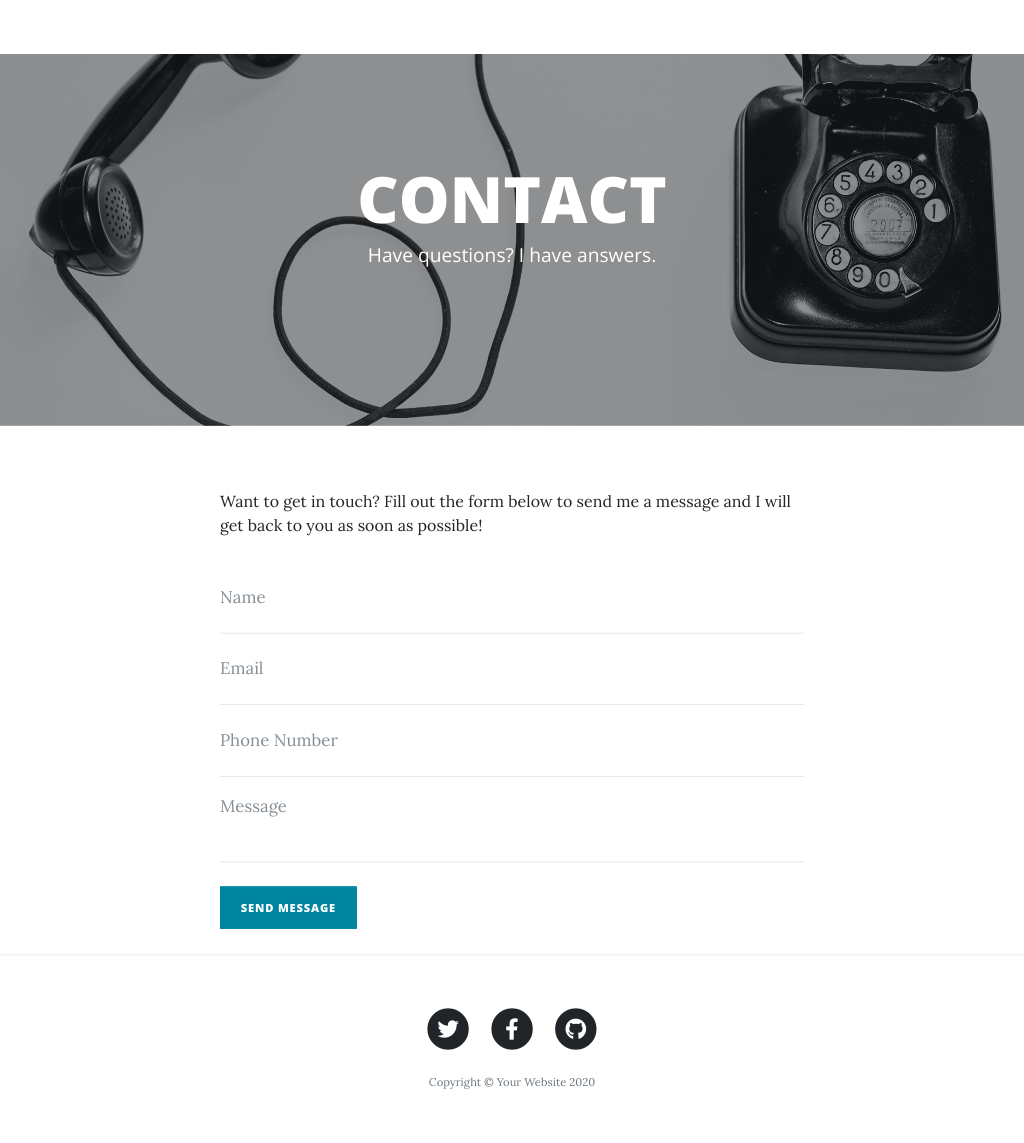
Repository: elvinyeka/elvin-blog
Page: http://localhost/contact
An editor plug-in stored every save of this project. The page is shown before and after the next save, followed by the edit.
The browser window is 1280 px wide. The pictures show the whole page, at 80% of full size.
The page is served by the project's application, run on Flask 3 (CLEANBLOG/__init__.py).

Above is the page before, as saved 2020-10-21 00:06:48.

After the next save:
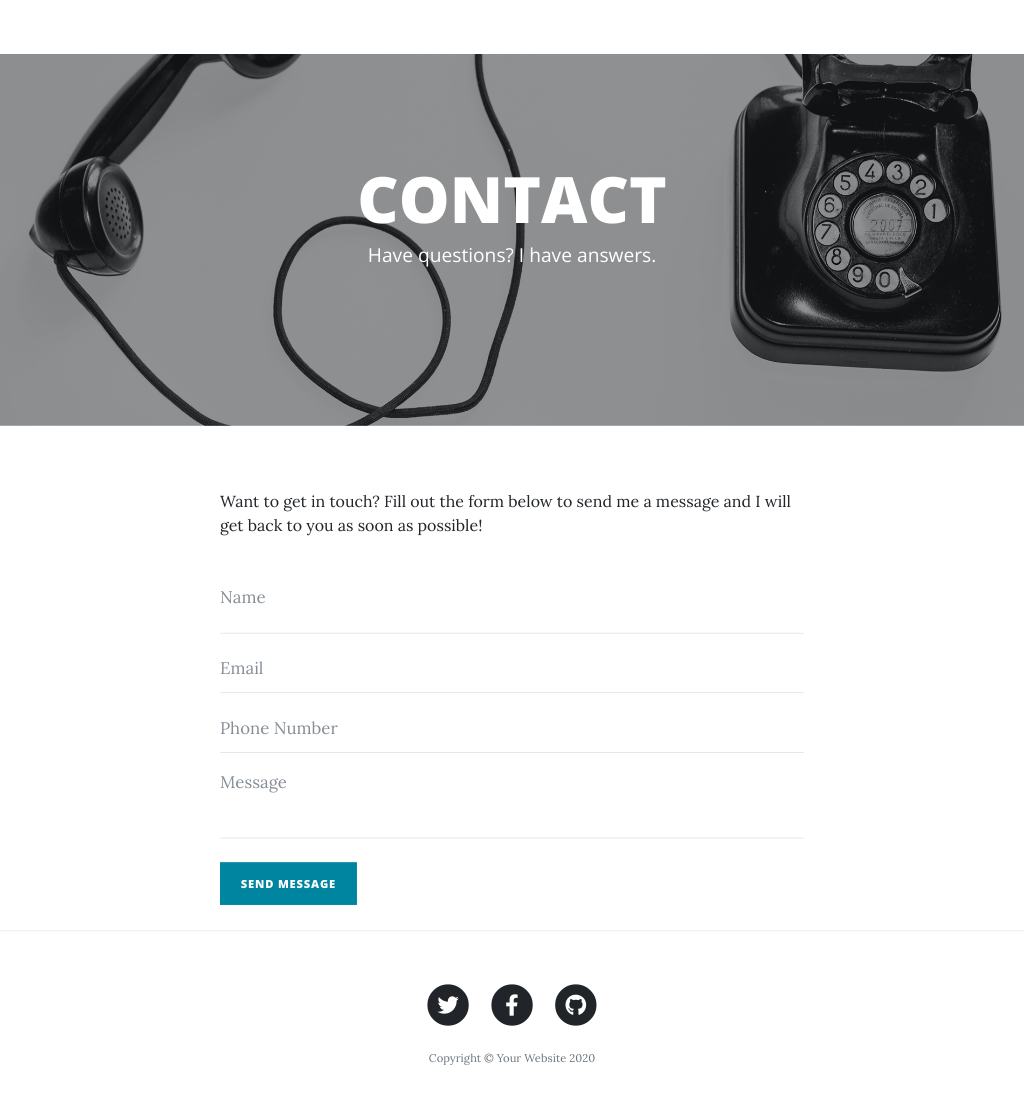
Saved 2 min 17 s later.
--- a/CLEANBLOG/templates/contact.html
+++ b/CLEANBLOG/templates/contact.html
@@ -34,13 +34,13 @@
                 <div class="control-group">
                     <div class="form-group floating-label-form-group controls">
                         <label>Email Address</label>
-                        {{form.email(placeholder = 'Email', class='form-control')}}                        <p class="help-block text-danger"></p>
+                        {{form.email(placeholder = 'Email', class='form-control')}}
                     </div>
                 </div>
                 <div class="control-group">
                     <div class="form-group col-xs-12 floating-label-form-group controls">
                         <label>Phone Number</label>
-                        {{form.phone(placeholder = 'Phone Number', class='form-control')}}                        <p class="help-block text-danger"></p>
+                        {{form.phone(placeholder = 'Phone Number', class='form-control')}}
                     </div>
                 </div>
                 <div class="control-group">
